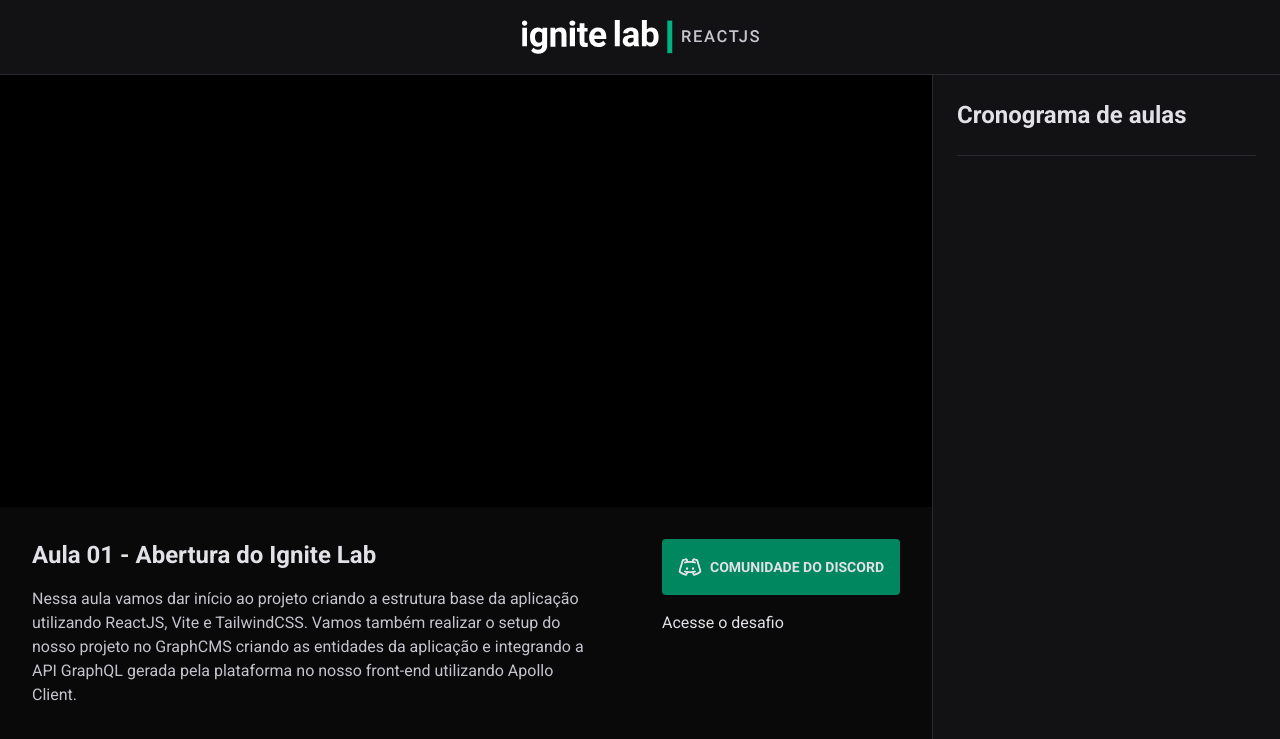
Repository: XFERRER7/Ignite-lab
Page: /
The author's editor kept a copy of each file at every save. The page is drawn from the files as they stood at one save, then again after a run of saves.
The browser window is 1280 px wide. The pictures show the whole page.
The page's requests for data from a server got no answer. The project was rebuilt for these pictures with package versions that can differ from the ones it lists, and the page was loaded fresh each time. No one was signed in, and anything a server would have sent is missing. Also part of the build but not shown: vite.config.ts, src/components/Lesson.tsx.

Above is the page before, as saved 2022-06-26 01:54:55.

After the next 3 saves:
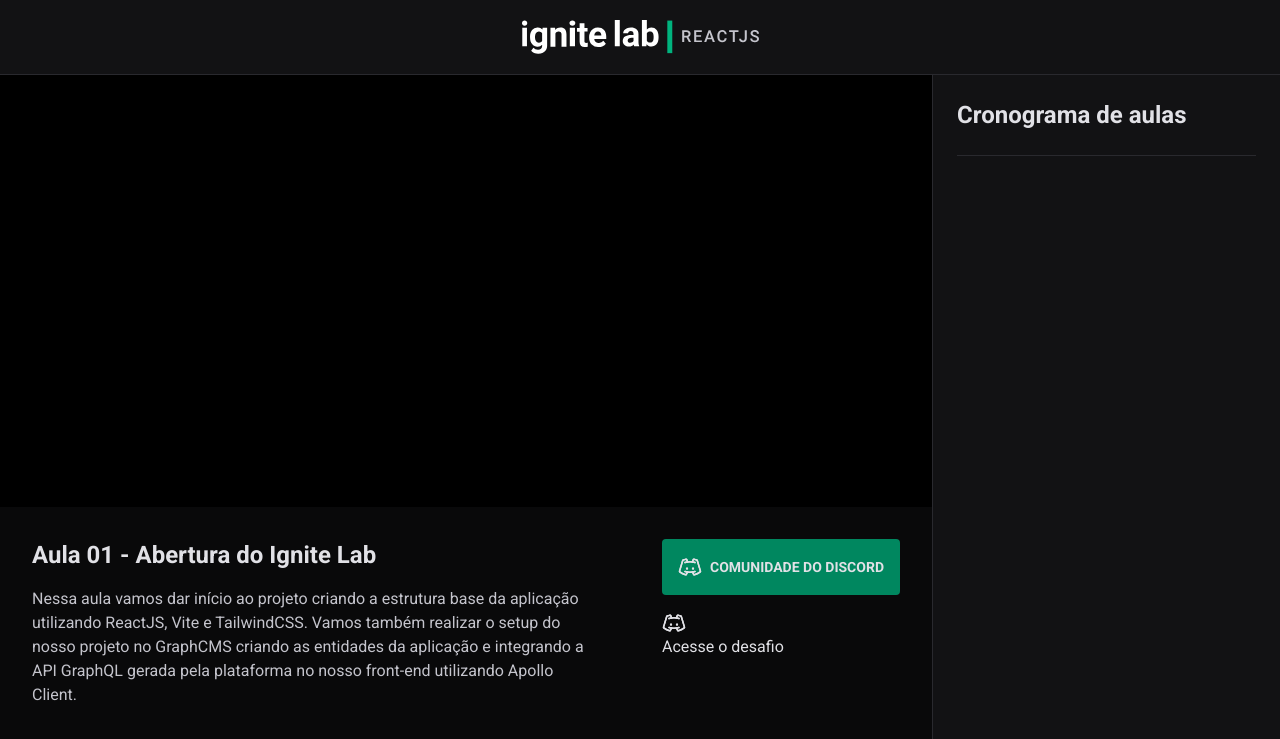
The 3 saves are shown as one change because they came seconds apart.
The last was saved 10 s later.
--- a/src/components/Video.tsx
+++ b/src/components/Video.tsx
@@ -28,6 +28,8 @@
               Comunidade do discord
             </a>
             <a href="">
+
+              <DiscordLogo size={24}/>
               Acesse o desafio
             </a>
           </div>
